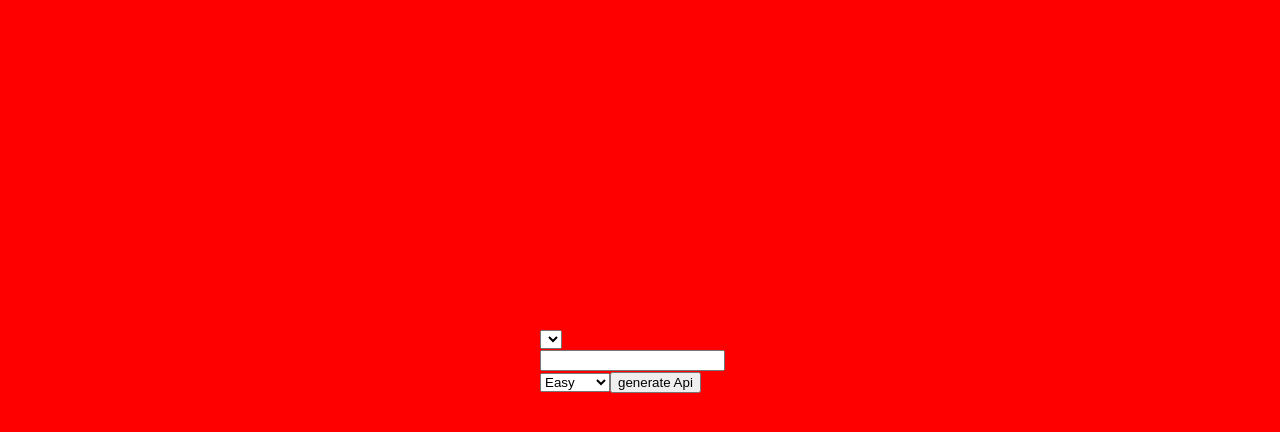
Repository: ranausama48/quiz-App
Page: /
These files come from the project's save history. The page is drawn as it stood at one moment and after the next save; the edit follows.
The browser window is 1280 px wide. The pictures show the whole page.
The page's requests for data from a server got no answer. The project was rebuilt for these pictures with package versions that can differ from the ones it lists, and the page was loaded fresh each time. No one was signed in, and anything a server would have sent is missing. Also part of the build but not shown: src/components/QuestionCard.tsx, src/components/ScorePage.tsx, src/components/QuizDash.tsx.

Above is the page before, as saved 2020-07-26 14:20:11.

### src/App.tsx
import React from "react";
import { getApiData, getCatories } from "./api/api";
import { SingleQuestion } from "./Types/quiz_types";
import Main from "./components/QuizDash";
import styled from "styled-components";
const Container = styled.div`
  background: red;
  height: 100vh;
  display: flex;
  justify-content: center;
  align-items: center;
  flex-direction: column;
  .inner--wraper {
    max-width: 200px;
  }
`;

function App() {
  const [quiz, setQuiz] = React.useState<SingleQuestion[]>([]);
  let [catagories, setCatagories] = React.useState<object[]>();
  let [apiParams, setapiParams] = React.useState<{
    questionLength: string;
    level: string;
    catagory: string;
  }>({
    questionLength: "1",
    level: "easy",
    catagory: "9",
  });
  const generateApi = () => {
    const { questionLength, level, catagory } = apiParams;
    console.log("questionLength", questionLength);
    console.log("level", level);
    console.log("catagory", catagory);

    async function fetchData() {
      const questions: SingleQuestion[] = await getApiData(
        catagory,
        questionLength,
        level
      );
      console.log(questions);
      setQuiz(questions);
    }
    fetchData();
  };
  React.useEffect(() => {
    async function fetchCatory() {
      const catories: SingleQuestion[] = await getCatories();

      setCatagories(catories);
    }
    fetchCatory();
  }, []);
  const changeHandler = (e: any) => {
    const value = e.target.value;
    const name = e.target.name;
    setapiParams((prev) => {
      return {
        ...prev,
        [name]: value,
      };
    });
  };
  return (
    <Container className="app">
      {quiz[0] ? (
        <Main question={quiz} />
      ) : (
        <div className="inner--wraper">
          <select onChange={changeHandler} name="catagory">
            {catagories
              ? catagories.map((data: any, index: number) => (
                  <option value={data.id}>
                    {console.log(data)}
                    {data.name}
                  </option>
                ))
              : []}
          </select>
          <input
            type="number"
            name="questionLength"
            id=""
            onChange={changeHandler}
          />
          <select onChange={changeHandler} name="level">
            <option value="easy">Easy</option>
            <option value="medium">Medium</option>
            <option value="hard">Hard</option>
          </select>
          <button onClick={generateApi}> generate Api</button>
        </div>
      )}
    </Container>
  );
}

export default App;

### src/api/api.ts
import { OverallQuiz, SingleQuestion } from "../Types/quiz_types";
export const shuffleArray = (array: any[]) => {
  [...array].sort(() => Math.random() - 0.5);
};

export const getApiData = async (
  catagory: string,
  questionLength: string,
  level: string
): Promise<SingleQuestion[]> => {
  console.log("questionLength", questionLength);
  console.log("catagory", catagory);

  console.log("level", level);

  const res = await fetch(
    `https://opentdb.com/api.php?amount=${questionLength}&category=${catagory}&difficulty=${level}`
  );
  console.log(res);
  let { results } = await res.json();
  console.log(results);
  const quiz: SingleQuestion[] = results.map((questionObj: OverallQuiz) => {
    return {
      question: questionObj.question,
      answer: questionObj.correct_answer,
      option: questionObj.incorrect_answers.concat(questionObj.correct_answer),
    };
  });
  return quiz;
};

export const getCatories = async () => {
  const res = await fetch(`https://opentdb.com/api_category.php`);
  const { trivia_categories } = await res.json();
  return trivia_categories;
};

Loaded but not shown: public/index.html (common file); src/index.tsx (common file); src/index.css (common file); src/serviceWorker.ts (common file)

After the next save:
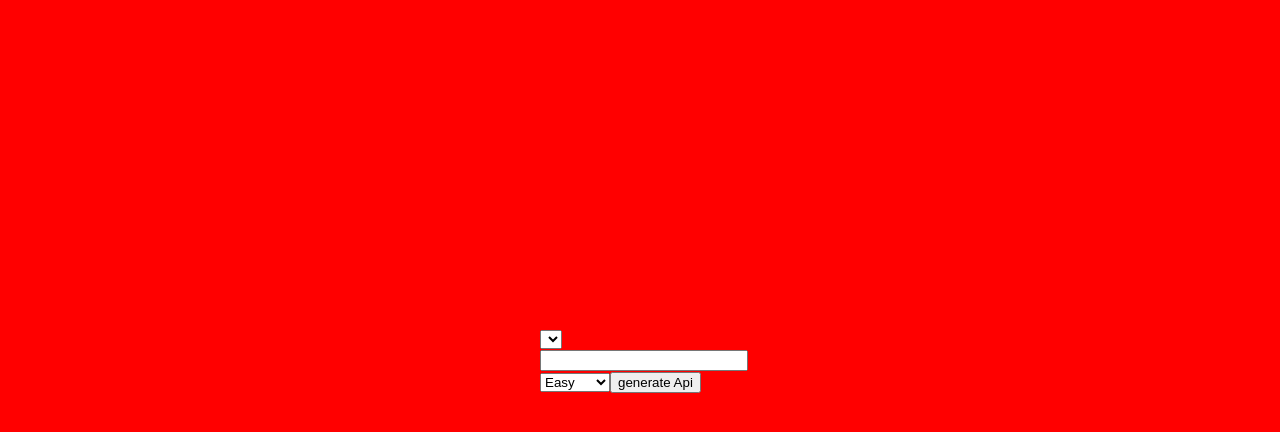
Saved 17 s later.
--- a/src/App.tsx
+++ b/src/App.tsx
@@ -12,6 +12,9 @@ const Container = styled.div`
   flex-direction: column;
   .inner--wraper {
     max-width: 200px;
+    input {
+      width: 100%;
+    }
   }
 `;
 
